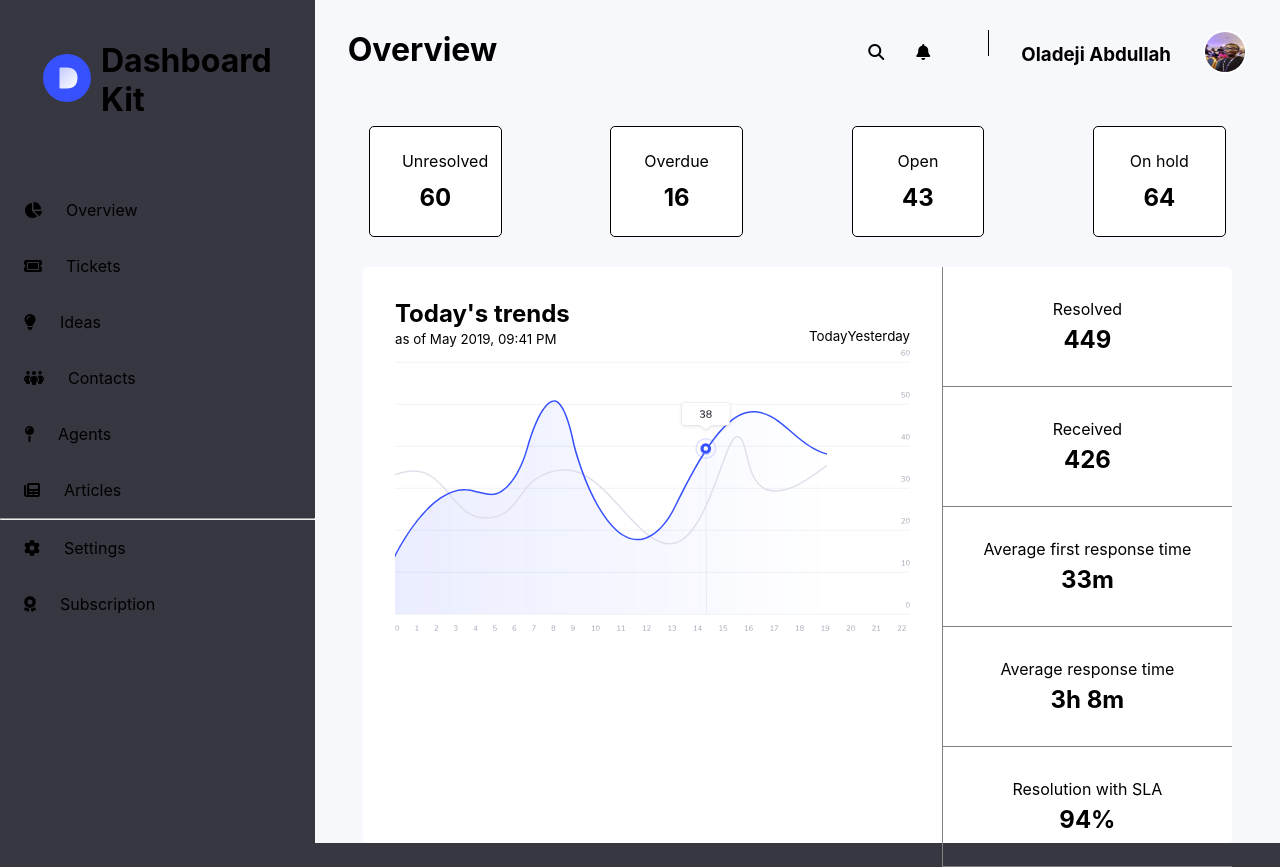
Repository: BuduCE/dashboard
Page: /
These files come from the project's save history. The page is drawn as it stood at one moment and after the next save; the edit follows.
The browser window is 1280 px wide. The pictures show the whole page.
Some web libraries are served in a nearby version. The project was rebuilt for these pictures with package versions that can differ from the ones it lists, and the page was loaded fresh each time.

Above is the page before, as saved 2022-08-03 23:38:05.

After the next save:
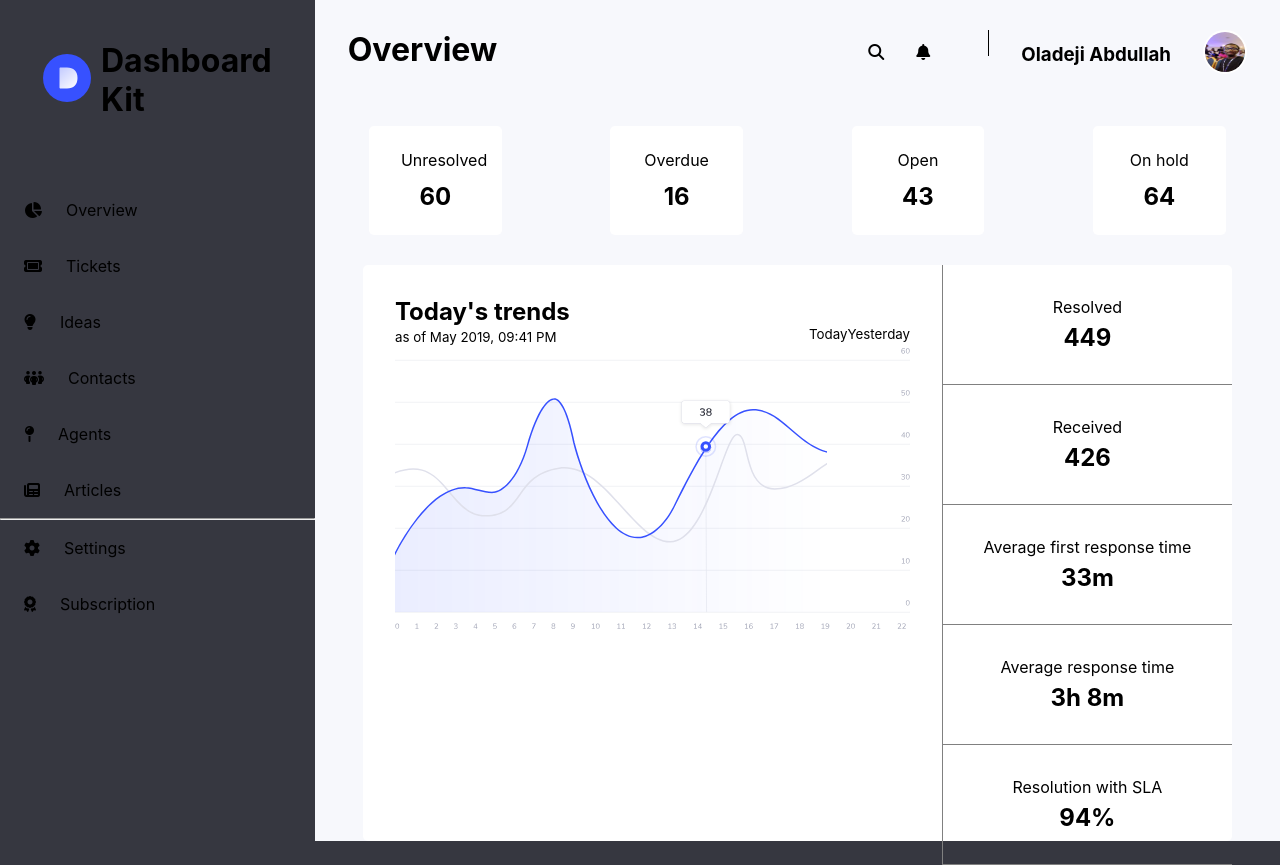
Saved 42 s later.
--- a/src/pages/Overview/styles.css
+++ b/src/pages/Overview/styles.css
@@ -11,7 +11,7 @@
     display: flex;
     flex-direction: column;
     text-align: center;
-    border: 1px solid;
+    /* border: 1px solid; */
     border-radius: 5px;
     padding: 24px 32px;
     background: #fff;
